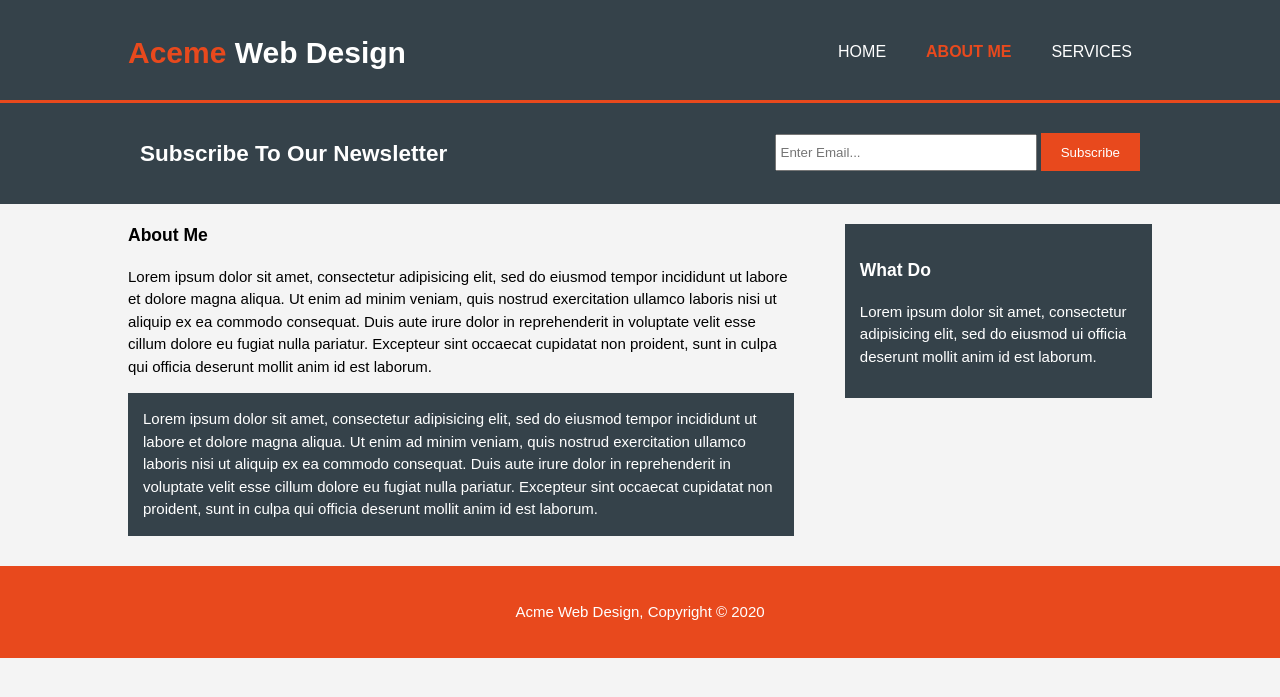
Repository: NiutaR/Build-An-HTML5-Website-With-A
Page: about.html
These files come from the project's save history. The page is drawn as it stood at one moment and after the next save; the edit follows.
The browser window is 1280 px wide. The pictures show the whole page.

Above is the page before, as saved 2021-06-17 20:30:48.

After the next save:
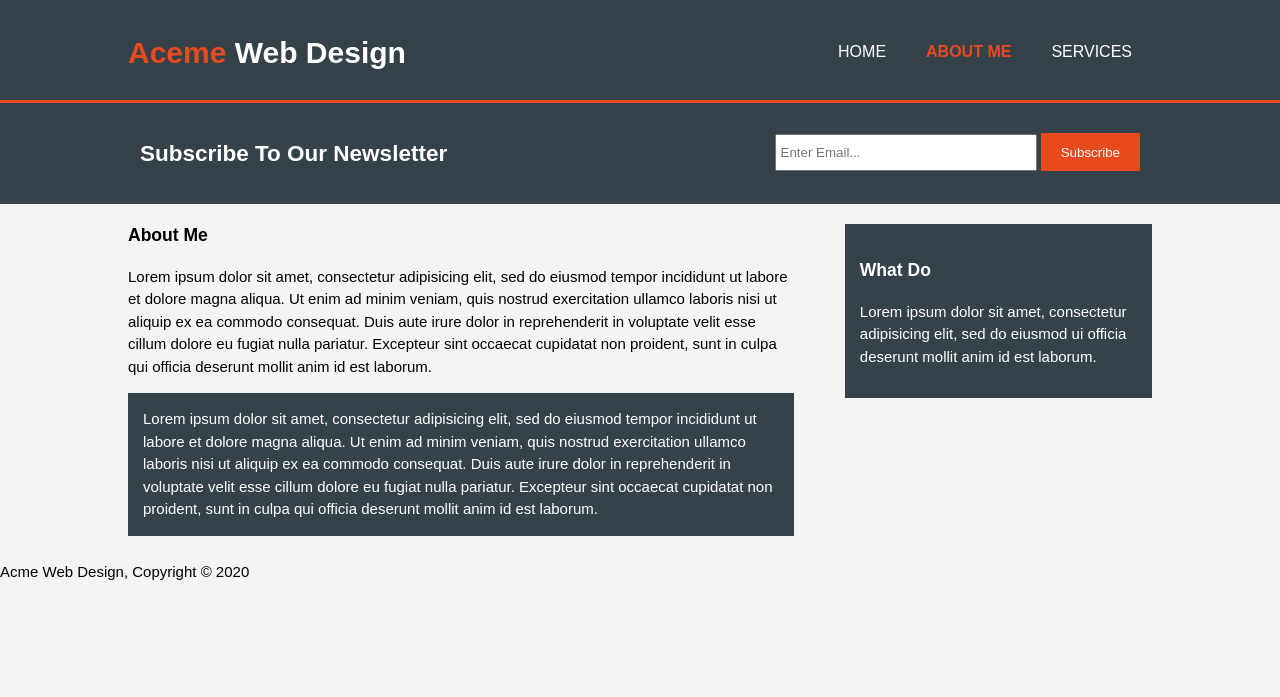
Saved 9 s later.
--- a/about.html
+++ b/about.html
@@ -63,7 +63,7 @@
 			</aside>
 		</div>
 	</section>
-
+	<section
 	<footer>
 		<p>Acme Web Design, Copyright &copy; 2020</p>
 	</footer>

After the 4 saves that followed:
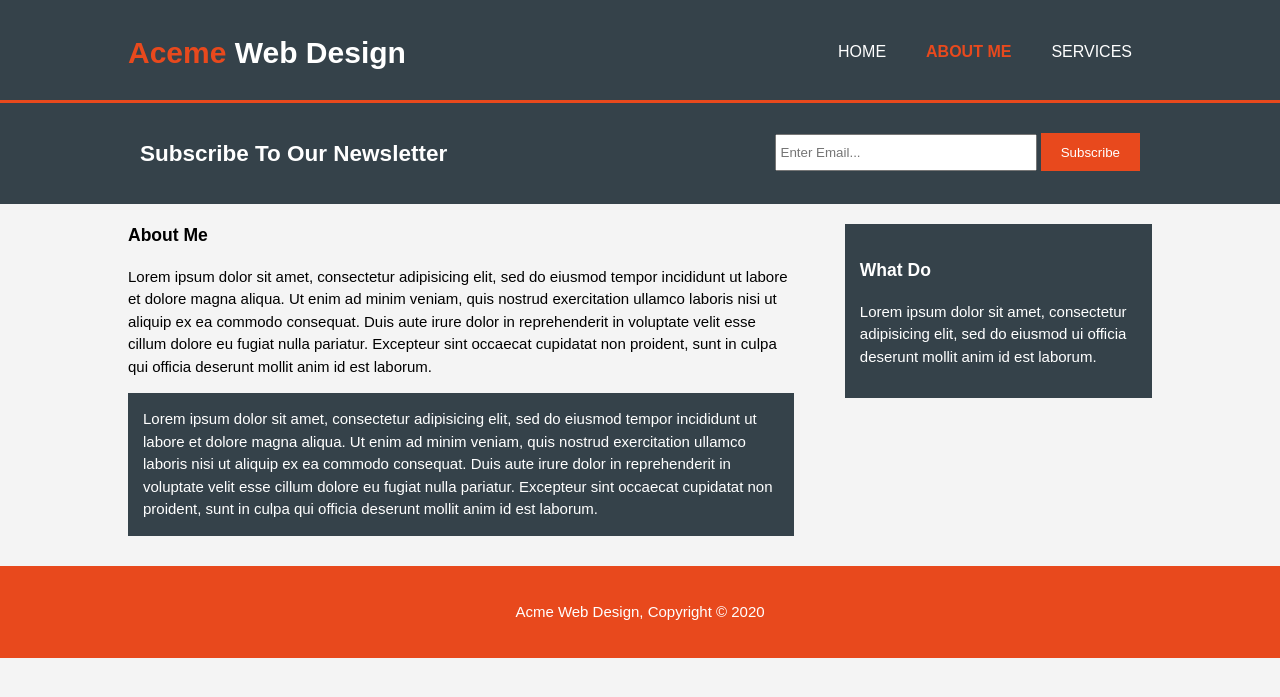
The 4 saves are shown as one change because 1 left the picture as it was and some came seconds apart.
The last was saved 25 s later.
--- a/about.html
+++ b/about.html
@@ -63,7 +63,9 @@
 			</aside>
 		</div>
 	</section>
-	<section
+	<section id="slider">
+
+	</section>
 	<footer>
 		<p>Acme Web Design, Copyright &copy; 2020</p>
 	</footer>
